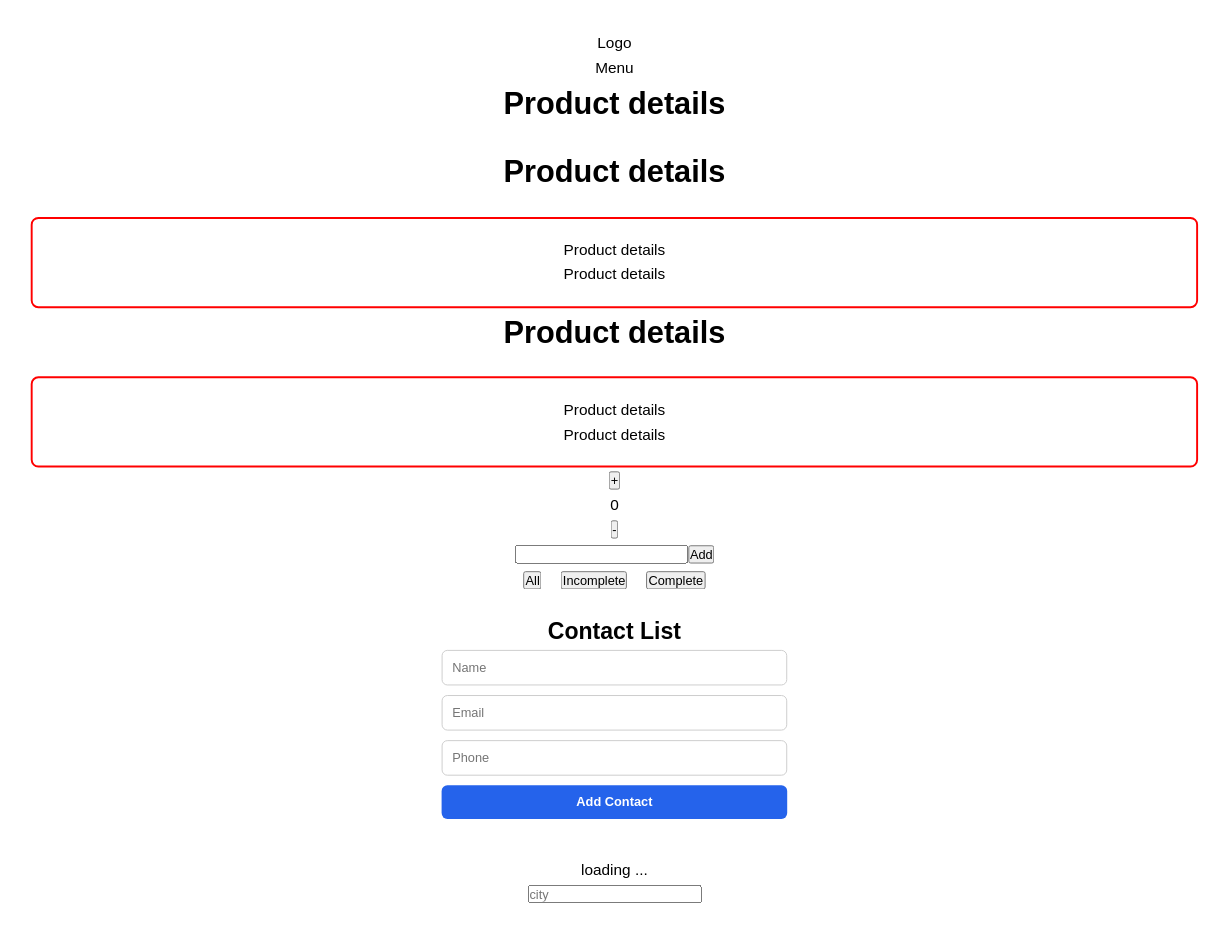
Repository: Manny1294/react-learning
Page: /
These files come from the project's save history. The page is drawn as it stood at one moment and after the next save; the edit follows.
The browser window is 1280 px wide. The pictures show the whole page, at 96% of full size.
The page's requests for data from a server got no answer. The project was rebuilt for these pictures with package versions that can differ from the ones it lists, and the page was loaded fresh each time. No one was signed in, and anything a server would have sent is missing. Also part of the build but not shown: vite.config.js, src/components/Toggle.jsx.

Above is the page before, as saved 2026-02-04 10:47:36.

After the next save:
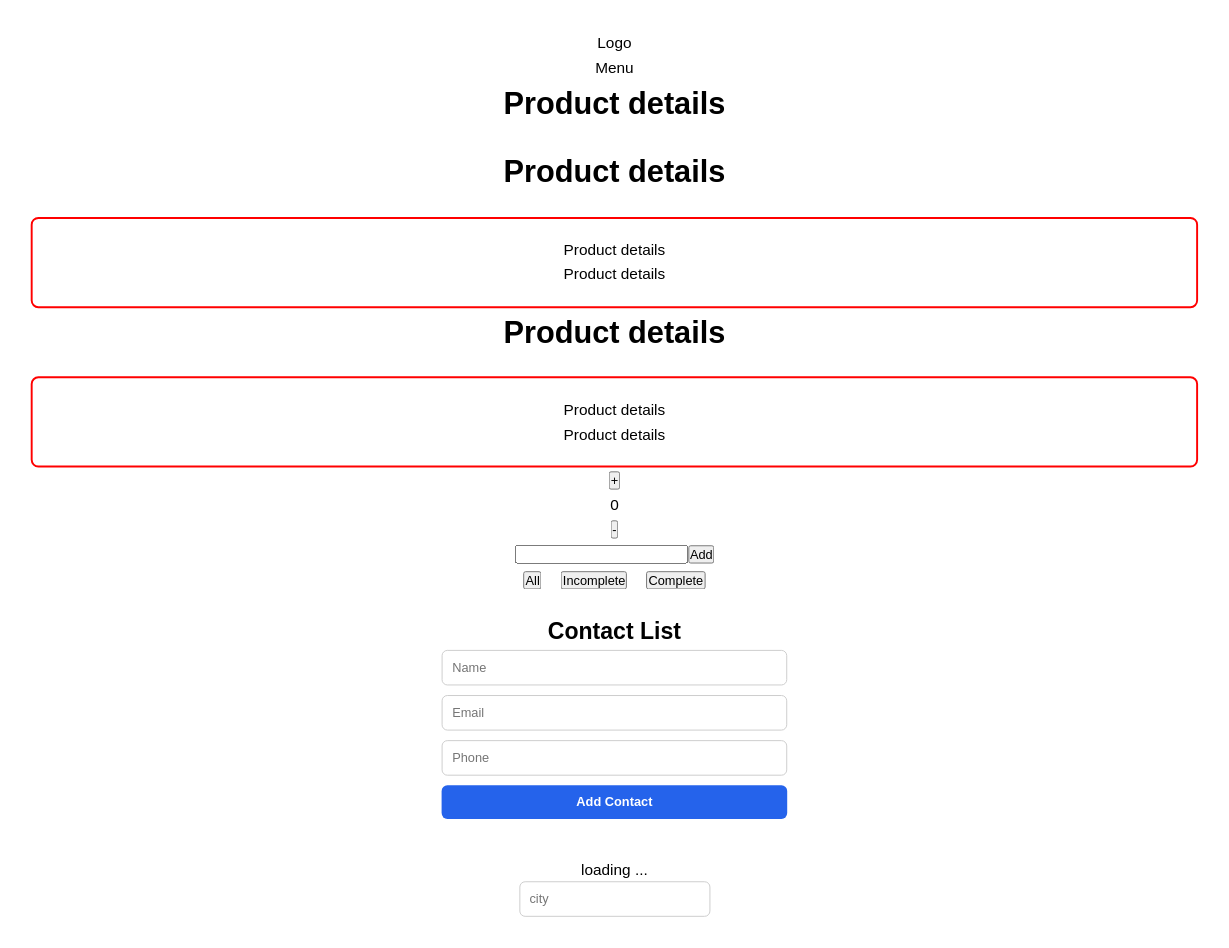
Saved 18 s later.
--- a/src/components/WeatherApp.jsx
+++ b/src/components/WeatherApp.jsx
@@ -17,5 +17,15 @@ export default function WeatherApp() {
         loading(false);
       });
   }
-  return <input type="text" placeholder="city"></input>;
+  return (
+    <input
+      type="text"
+      placeholder="city"
+      style={{
+        padding: "10px",
+        borderRadius: "6px",
+        border: "1px solid #ccc",
+      }}
+    ></input>
+  );
 }
